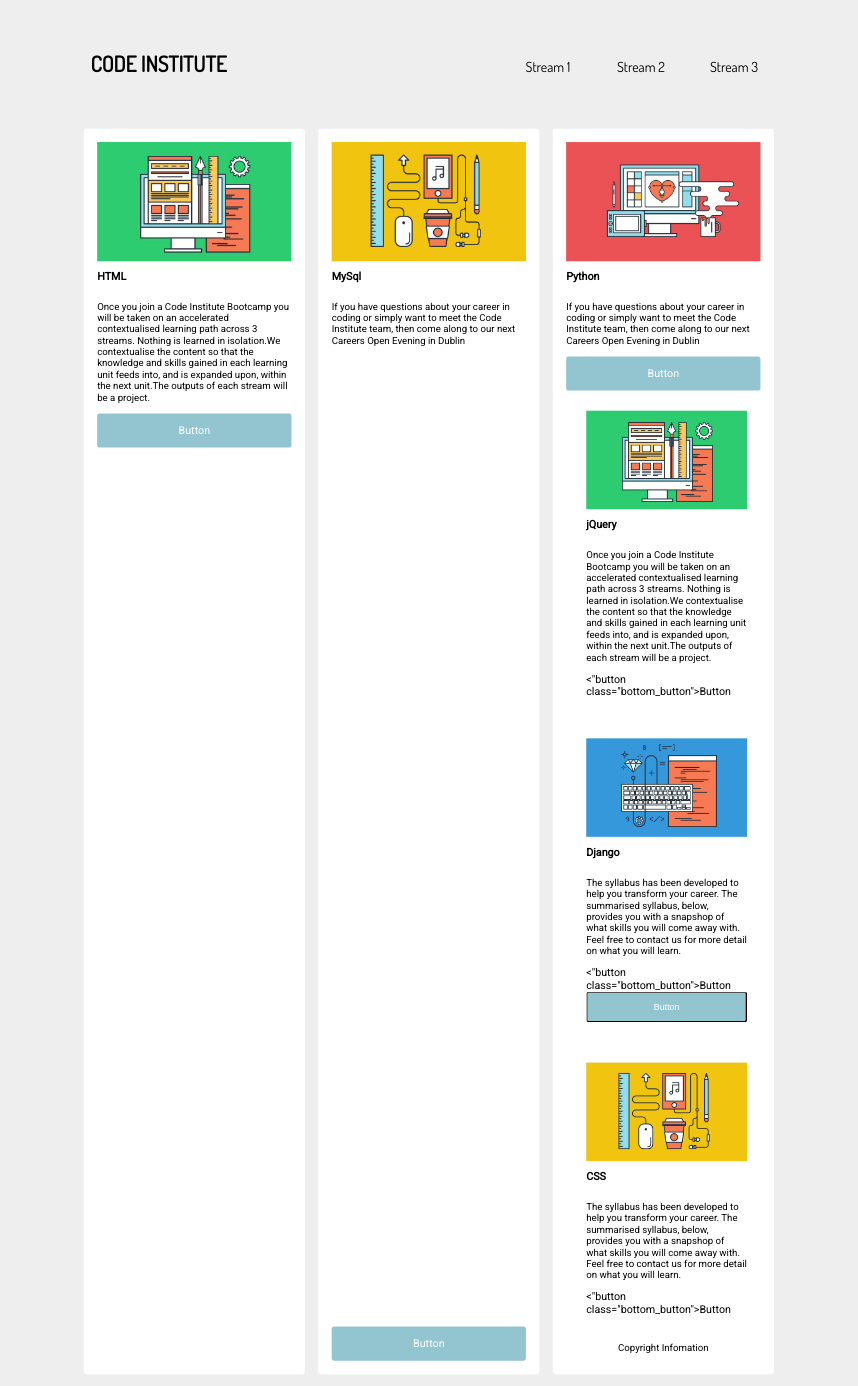
Repository: SOliv1/jquery-events
Page: index.html
The author's editor kept a record of every edit. The page is drawn from the files as they stood at one moment, then again after the next edit.
The browser window is 1280 px wide. The pictures show the whole page, at 67% of full size.
Some web libraries are served in a nearby version.

Above is the page before.

After the next edit:
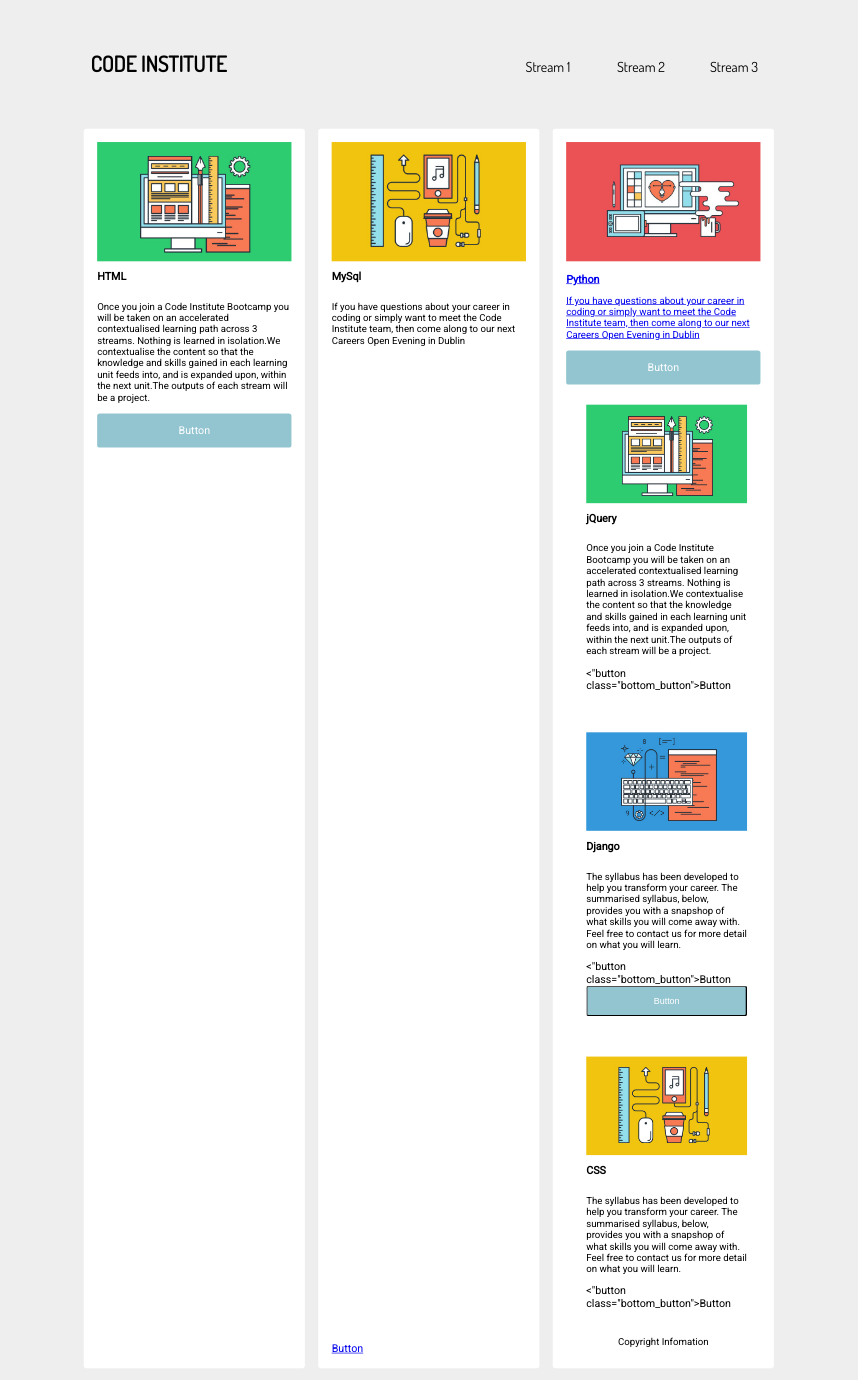
The edit:
--- a/index.html
+++ b/index.html
@@ -31,7 +31,7 @@
             <img class="card_image" src="img/1.png" alt="coding icon">
             <h2 class="card_head">MySql</h2>
             <p class="card_para">If you have questions about your career in coding or simply want to meet the Code Institute team, then come along to our next Careers Open Evening in Dublin</p>
-            <a href="btn" class="bottom_button">Button</a>
+            <a href="buttonclass="bottom_button">Button</>
             </div>
         <div class="card stream2">
             <img class="card_image" src="img/2.png" alt="coding icon">
